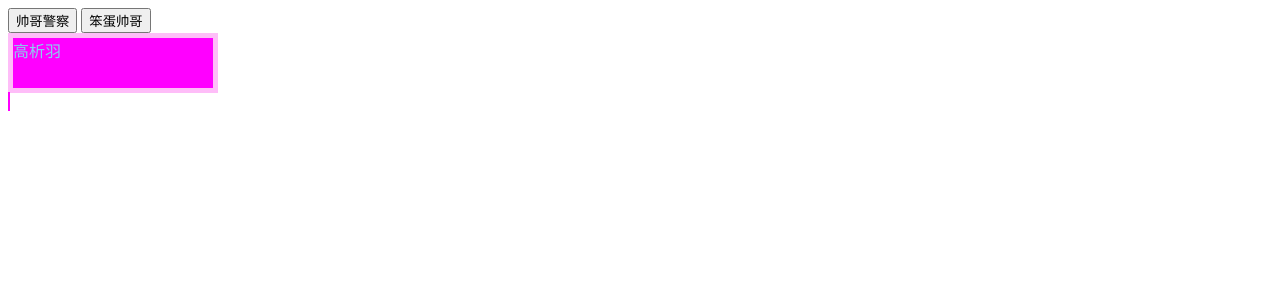
Repository: HyunraDate/BoAn
Page: 操作div和span.html
An editor plug-in stored every save of this project. The page is shown before and after the next save, followed by the edit.
The browser window is 1280 px wide. The pictures show the whole page.
After loading, the first visible `#btn` was clicked once.

Above is the page before, as saved 2024-02-26 12:33:00.

### 操作div和span.html
<!DOCTYPE html>
<html>
    <head>
        <meta charset="utf-8">
        <title>帅哥警察div和笨蛋帅哥span</title>
        <style type="text/css">
            #div1 {
                background-color: fuchsia;
                border: 5px solid #febdf8;
                width: 200px;
                height:50px;
            }
            #span1 {
                background-color: #febdf8;
                border: 1px solid fuchsia;
                width: 200px;
            }

        </style>
    </head>

    <body>
        <script type="text/javascript">
            window.onload = function(){
                document.getElementById("btn").onclick = function(){
                    //设置div内容
                    var divElt = document.getElementById("div1");
                    //通过元素的innerHTML属性设置内部的内容
                    //innerHTML是属性，不是方法
                    //innerHTML属性将后面的字符串当作一段HTML代码解释并执行！
                    divElt.innerHTML ="<font color = '#89CFF0'>高析羽</font>";

                    //innerText auch 元素中的内容
                    //innerText 后面的字符串即使是一个HTML代码，也不会当作HTML执行，只是看作普通文本（Unterscheid von innerHTML）
                    //divElt.innerText ="<font color = '#89CFF0'>高析羽</font>";

                }

                var spanbtn = document.getElementById("spanbtn");
                spanbtn.onclick = function(){
                    var span1 = document.getElementById("span1");
                    span1.innerHTML="<a href='https://store.steampowered.com/app/1746030/__Murders_on_the_Yangtze_River/'>正义必胜！</a>";

                }
            }
        </script>

        <input type="button" id="btn" value="帅哥警察"/>
        <input type="button" id="spanbtn" value="笨蛋帅哥"/>

        <!--div独占一行！-->
        <div id="div1"></div>

        <!--span的大小会随着span中的内容多少而变化-->
        <span id="span1"></span>
    </body>
</html>

After the next save:
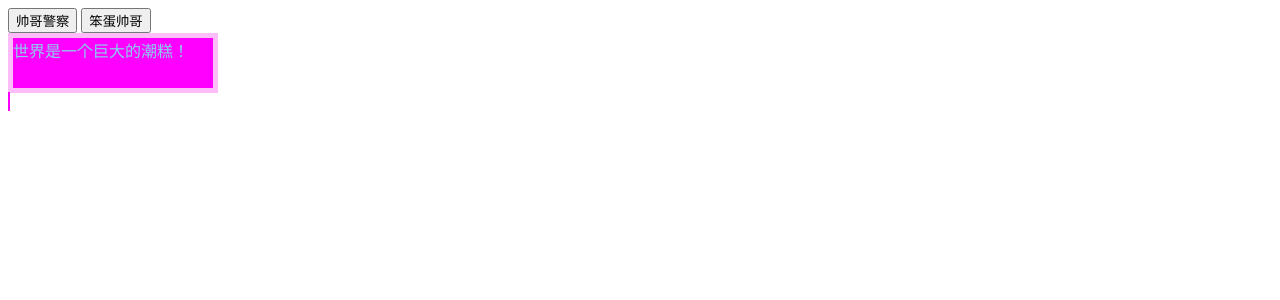
Saved 71 s later.
--- a/操作div和span.html
+++ b/操作div和span.html
@@ -28,7 +28,7 @@
                     //通过元素的innerHTML属性设置内部的内容
                     //innerHTML是属性，不是方法
                     //innerHTML属性将后面的字符串当作一段HTML代码解释并执行！
-                    divElt.innerHTML ="<font color = '#89CFF0'>高析羽</font>";
+                    divElt.innerHTML ="<font color = '#89CFF0'>世界是一个巨大的潮糕！</font>";
 
                     //innerText auch 元素中的内容
                     //innerText 后面的字符串即使是一个HTML代码，也不会当作HTML执行，只是看作普通文本（Unterscheid von innerHTML）
